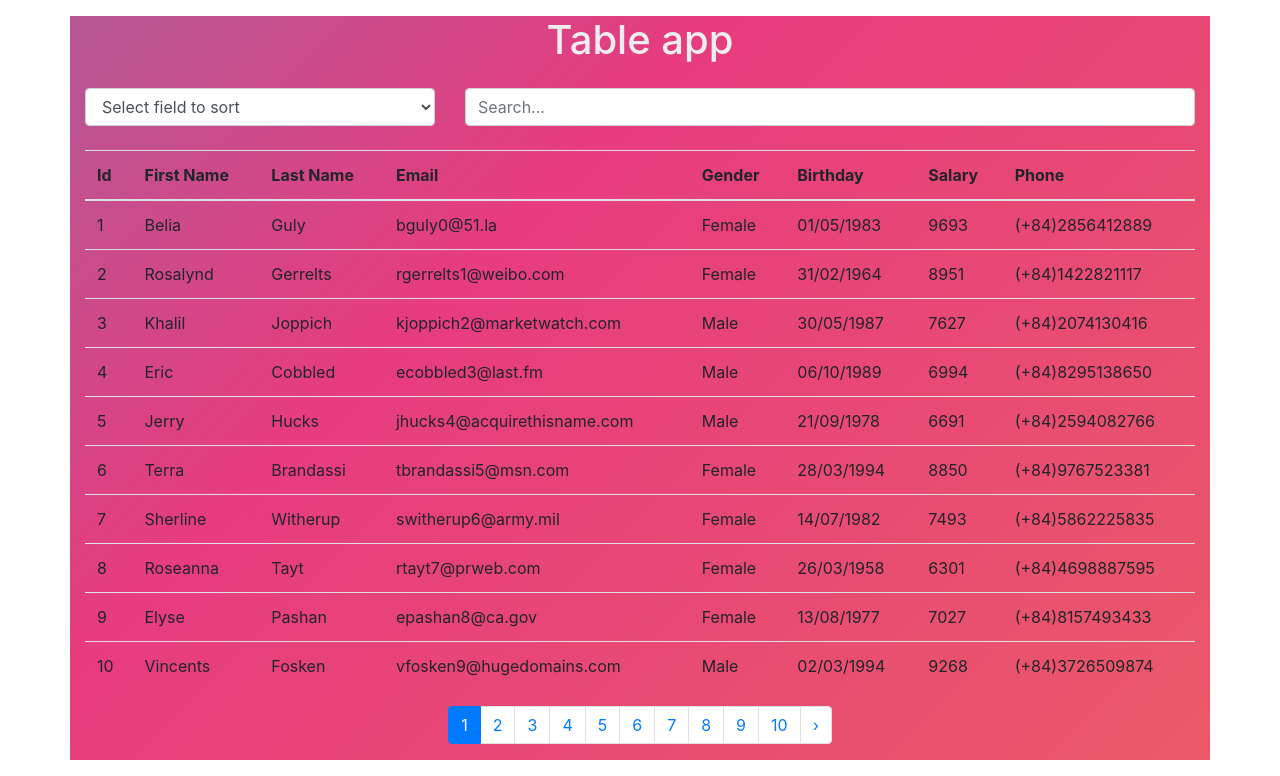
Repository: nguy3nds/table-app
Page: /
An editor plug-in stored every save of this project. The page is shown before and after the next save, followed by the edit.
The browser window is 1280 px wide. The pictures show the whole page.
The project was rebuilt for these pictures with package versions that can differ from the ones it lists, and the page was loaded fresh each time.

Above is the page before, as saved 2021-09-21 15:27:50.

### src/index.tsx
import React from 'react';
import ReactDOM from 'react-dom';
import './index.css';
import App from './App';
import reportWebVitals from './reportWebVitals';
import 'bootstrap/dist/css/bootstrap.min.css';

ReactDOM.render(
  <React.StrictMode>
    <App />
  </React.StrictMode>,
  document.getElementById('root')
);

// If you want to start measuring performance in your app, pass a function
// to log results (for example: reportWebVitals(console.log))
// or send to an analytics endpoint. Learn more: https://bit.ly/CRA-vitals
reportWebVitals();

### src/App.tsx
import "./App.css";
import Data from "./users.json";
import { Col, Container, Row, Table } from "react-bootstrap";
import { ChangeEvent, useEffect, useState } from "react";
import PaginateComponent from "./components/PaginateComponent";
import SelectionBox from "./components/SelectionBox";
import UserInOnePage from "./components/UserInOnePage";
import styles from "./components/table.module.css";

export interface User {
  id: number;
  firstName: string;
  lastName: string;
  email: string;
  gender: string;
  birthday: string;
  salary: number;
  phone: string;
}

const App: React.FC = () => {
  const [users, setUsers] = useState<User[]>([]);
  const [data, setData] = useState<User[]>(Data);
  const [currentPage, setCurrentPage] = useState<number>(1);

  const USER_PER_PAGE = 10;

  useEffect(() => {
    const indexLastUser = currentPage * USER_PER_PAGE;
    const indexFirstUser = indexLastUser - USER_PER_PAGE;
    const currentUsers = data.slice(indexFirstUser, indexLastUser);

    setUsers(currentUsers);
  }, [currentPage, data]);

  const onSort = (e: React.ChangeEvent<HTMLInputElement>) => {
    let keyObj: keyof User = e.target.value as keyof User;
    let sortedUsers = users.sort((a: User, b: User) => {
      if (a[keyObj] < b[keyObj]) return -1;
      if (a[keyObj] > b[keyObj]) return 1;
      return 0;
    });
    setUsers([...sortedUsers]);
  };

  const onSelectedPage = (pageNum: number) => {
    setCurrentPage(pageNum);
  };

  const onPrev = () => {
    setCurrentPage(currentPage - 1);
  };

  const onNext = () => {
    setCurrentPage(currentPage + 1);
  };

  const onSearch = (e: ChangeEvent<HTMLInputElement>) => {
    let searchUsers = Data.filter((user: User) => {
      for (let prop in user) {
        if (
          user[prop as keyof User]
            .toString()
            .toLowerCase()
            .includes(e.target.value.toLowerCase())
        ) {
          return user;
        }
      }
      return false;
    });
    setData(searchUsers);
  };

  return (
    <div className="App">
      <Container className={styles.tableModify}>
        <h1 className="text-center m-3">Table app</h1>
        <Table>
          <Row className="my-2">
            <Col md="4">
              <SelectionBox handleSelection={onSort} />
            </Col>
            <Col>
              <input
                className="form-control"
                type="text"
                placeholder="Search..."
                onChange={onSearch}
              />
            </Col>
          </Row>

          <UserInOnePage users={users} />

          {data.length !== 0 && (
            <Row className="justify-content-center">
              <PaginateComponent
                pageNumber={Math.ceil(data.length / USER_PER_PAGE)}
                currentPage={currentPage}
                onSelectPage={onSelectedPage}
                handlePrev={onPrev}
                handleNext={onNext}
              />
            </Row>
          )}

          {data.length === 0 && (
            <Row className="justify-content-center">
              <p>Couldn't find anything for these key words</p>
            </Row>
          )}
        </Table>
      </Container>
    </div>
  );
};

export default App;

### src/components/PaginateComponent.tsx
import { Pagination } from 'react-bootstrap';

function PaginateComponent({ pageNumber, currentPage, onSelectPage, handlePrev, handleNext }: any) {
    let items = [];
    for (let number = 1; number <= pageNumber; number++) {
        items.push(
            <Pagination.Item key={number} active={number === currentPage} onClick={() => onSelectPage(number)}>
                {number}
            </Pagination.Item>,
        );
    }
    return (
        <div>
            <Pagination>
                {currentPage !== 1 && <Pagination.Prev onClick={handlePrev} />}
                {items}
                {currentPage !== pageNumber && <Pagination.Next onClick={handleNext}/>}
            </Pagination>
        </div>
    );
}

export default PaginateComponent;

### src/components/SelectionBox.tsx
import Form from "react-bootstrap/Form";
import React from "react";

// // Type '{ handleSelection: (e: ChangeEvent<HTMLInputElement>) => void; }' is not assignable to type 'IntrinsicAttributes & Event & { children?: ReactNode; }'.
//   Property 'handleSelection' does not exist on type 'IntrinsicAttributes & Event & { children?: ReactNode; }'.

const SelectionBox: React.FC<any> = ({ handleSelection }) => {
  return (
    <Form>
      <Form.Group>
        <Form.Control as="select" onChange={handleSelection}>
          <option>Select field to sort</option>
          <option value={"id"}>Id</option>
          <option value={"firstName"}>First Name</option>
          <option value={"lastName"}>Last Name</option>
          <option value={"email"}>Email</option>
          <option value={"gender"}>Gender</option>
          <option value={"birthday"}>Birthday</option>
          <option value={"salary"}>Salary</option>
          <option value={"phone"}>Phone</option>
        </Form.Control>
      </Form.Group>
    </Form>
  );
};

export default SelectionBox;

### src/components/UserInOnePage.tsx
import React from "react";
import Col from "react-bootstrap/esm/Col";
import Row from "react-bootstrap/esm/Row";
import TableData from "./TableData";

const UserInOnePage = (props: any) => {
  const formatDate = (date: string): string => {
    let d = new Date(date);
    let day =
      d.getDate().toString().length === 2
        ? d.getDate().toString()
        : "0" + d.getDate().toString();
    let month =
      d.getMonth().toString().length === 2
        ? d.getMonth().toString()
        : "0" + d.getMonth().toString();
    return day + "/" + month + "/" + d.getFullYear().toString();
  };

  const content = props.users.map((user: any) => (
    <tr key={user.id}>
      <td>{user.id}</td>
      <td>{user.firstName}</td>
      <td>{user.lastName}</td>
      <td>{user.email}</td>
      <td>{user.gender}</td>
      <td>{formatDate(user.birthday)}</td>
      <td>{user.salary}</td>
      <td>{"(+84)" + user.phone.replace(/-/g, "")}</td>
    </tr>
  ));

  return (
    <div>
      {props.users.length !== 0 && (
        <Row>
          <Col>
            <TableData content={content} />
          </Col>
        </Row>
      )}
    </div>
  );
};

export default UserInOnePage;

### src/components/table.module.css
.tableModify {
  color: #eee;
  background: linear-gradient(-45deg, #ee7752, #e73c7e, #23a6d5, #23d5ab);
  background-size: 400% 400%;
  animation: gradient 15s ease infinite;
}

@keyframes gradient {
  0% {
    background-position: 0% 50%;
  }
  50% {
    background-position: 100% 50%;
  }
  100% {
    background-position: 0% 50%;
  }
}

/* const DivContainer = styled.div`
  padding-top: 30px;
  text-align: center;
  min-height: 100vh;
  color: #eee;
  background: linear-gradient(-45deg, #ee7752, #e73c7e, #23a6d5, #23d5ab);
  background-size: 400% 400%;
  animation: ${gradient} 15s ease infinite;
  padding-bottom: 100px;
`; */

### src/components/TableData.tsx
import React from "react";
import Table from "react-bootstrap/Table";

const TableData: React.FC<any> = ({ content }) => {
  return (
    <Table>
      <thead>
        <tr>
          <th>Id</th>
          <th>First Name</th>
          <th>Last Name</th>
          <th>Email</th>
          <th>Gender</th>
          <th>Birthday</th>
          <th>Salary</th>
          <th>Phone</th>
        </tr>
      </thead>
      <tbody>{content}</tbody>
    </Table>
  );
};

export default TableData;

Loaded but not shown: public/index.html (common file); src/index.css (common file); src/reportWebVitals.ts (common file); src/users.json (1002 lines, source omitted); src/App.css (no stored copy; drawn as an empty file)

After the next save:
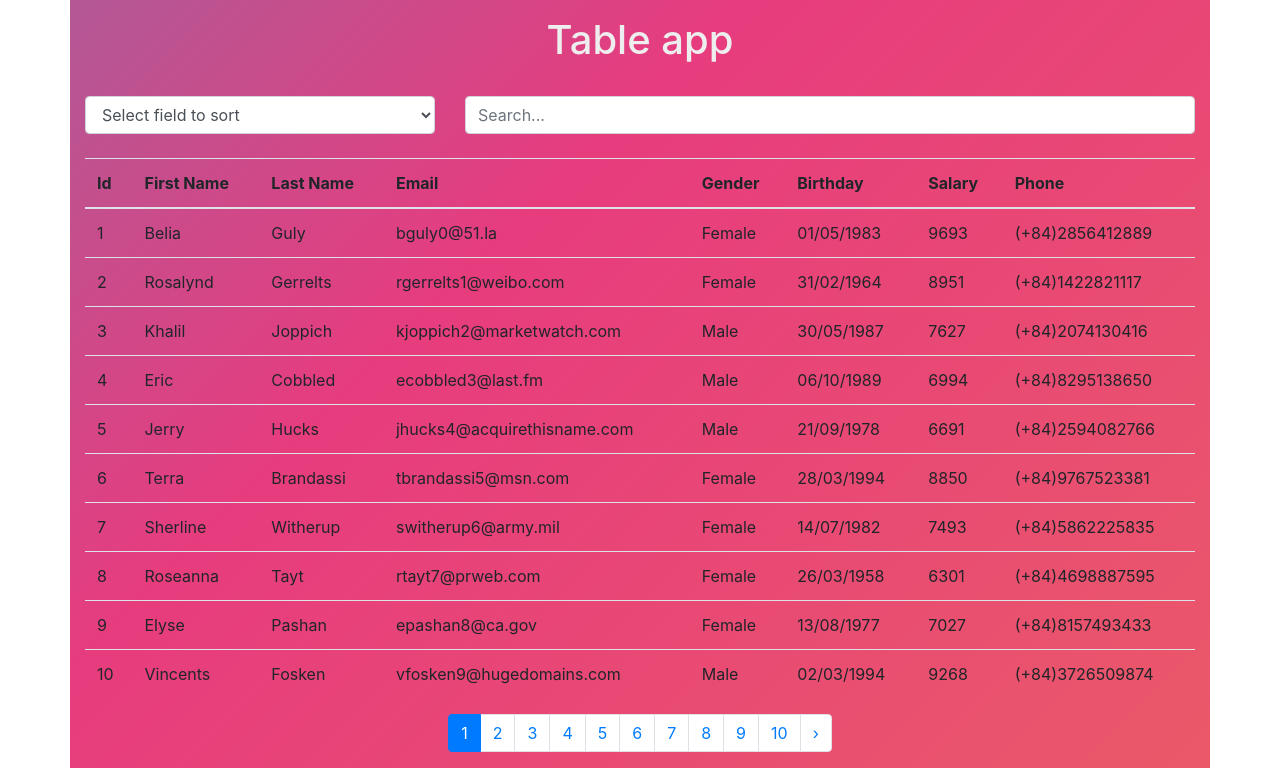
Saved 50 s later.
--- a/src/App.tsx
+++ b/src/App.tsx
@@ -75,7 +75,7 @@ const App: React.FC = () => {
   return (
     <div className="App">
       <Container className={styles.tableModify}>
-        <h1 className="text-center m-3">Table app</h1>
+        <h1 className="text-center p-3">Table app</h1>
         <Table>
           <Row className="my-2">
             <Col md="4">
